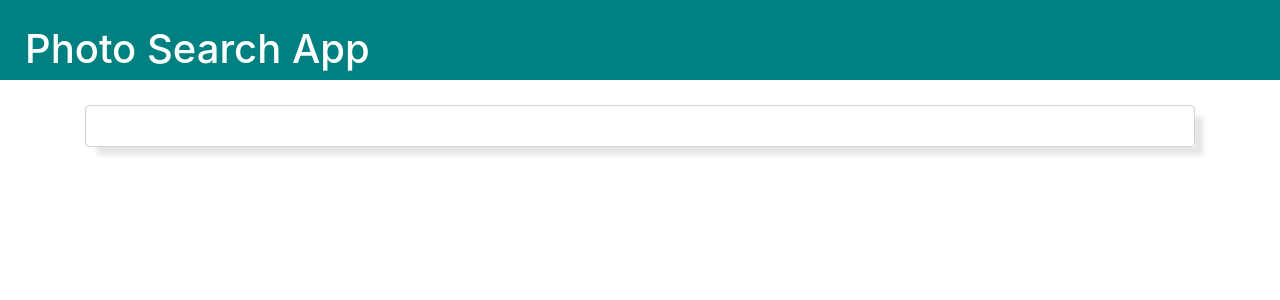
Repository: lamilekan263/photoapp
Page: /
An editor plug-in stored every save of this project. The page is shown before and after the next save, followed by the edit.
The browser window is 1280 px wide. The pictures show the whole page.
The project was rebuilt for these pictures with package versions that can differ from the ones it lists, and the page was loaded fresh each time. Also part of the build but not shown: src/components/ImageCard/ImageCard.scss, src/components/ImageCard/ImageCard.js, src/components/imageList/imageList.scss, src/components/imageList/imageList.js.

Above is the page before, as saved 2020-08-26 12:11:28.

### public/index.html
<!DOCTYPE html>
<html lang="en">
  <head>
    <meta charset="utf-8" />
    <link rel="icon" href="%PUBLIC_URL%/favicon.ico" />
    <meta name="viewport" content="width=device-width, initial-scale=1" />
    <meta name="theme-color" content="#000000" />
    <meta
      name="description"
      content="Web site created using create-react-app"
    />

    <title>photo App</title>
  </head>
  <body>
    <noscript>You need to enable JavaScript to run this app.</noscript>
    <div id="root"></div>
  </body>
</html>

### src/index.js
import React from 'react';
import  ReactDOM from 'react-dom';
import 'bootstrap/dist/css/bootstrap.min.css';
import App from './App'


ReactDOM.render(
    <App/>,
    document.getElementById('root')
);

### src/App.js
import React from 'react';
import axios from 'axios'

import Header from './components/Header/Header'
import ImageList from './components/imageList/imageList'
import SearchBar from './components/searchBar/searchBar'

class App extends React.Component{
    state = {
        myImages : []
    }

    submitHandler = async (term) =>{
        const response = await axios.get('https://api.unsplash.com/search/photos', {
            params:{
                query: term
            },
            headers:{
                Authorization: 'Client-ID _EmXfMw4Ntd6F7SPo61DuogZ6sF5nsEsRHfLanqGI0M'
            }
        })
        this.setState({myImages : response.data.results})
        console.log(this.state.myImages)
    }
    render(){
        return(
           <React.Fragment>
               <Header />
                <SearchBar onSubmit = {this.submitHandler}/>
                <ImageList images ={this.state.myImages} />
           </React.Fragment>
        )
    }
}



export default App

### src/components/Header/Header.js
import React from 'react';

// import { Link} from 'react-router-dom'
import './Header.scss'

const Header = () =>{
    return(
        <div>
            <nav>
                <div className="brand">
                    <h1>Photo Search App</h1>
                </div>
                {/* <div>
                    <p>About</p>
                </div> */}
            </nav>
        </div>
    )
}

export default Header

### src/components/searchBar/searchBar.js
import React from 'react'

import './searchBar.scss'

class SearchBar extends React.Component{
    state = {
        searchTerm : ''
    }

    onChangeHandler = (e) =>{
        this.setState({ searchTerm : e.target.value})
    }
    onSubmitHandler = (e)=>{
        e.preventDefault()
        this.props.onSubmit(this.state.searchTerm)
        this.setState({searchTerm : ''})
    }
    render(){
        return(
            <div className="container">
                <form onSubmit = {this.onSubmitHandler  }>
                    <div className="form-group">
                        <input type="text"
                        className="form-control"
                        onChange ={ this.onChangeHandler }
                        value = {this.state.searchTerm}
                        />
                    </div>
                </form>
            </div>
        )
    }

}

export default SearchBar

### src/components/Header/Header.scss
nav{
    width: 100%;
    height: 80px;
    background-color: teal;
    color:#fff;
    padding:25px;

    .brand{
        p{
            font-family: 'Lucida Sans', 'Lucida Sans Regular', 'Lucida Grande', 'Lucida Sans Unicode', Geneva, Verdana, sans-serif;
        }
    }
}

### src/components/searchBar/searchBar.scss
form{
    margin:25px 0;
    -webkit-box-shadow: 10px 10px 5px -2px rgba(230,230,230,1);
    -moz-box-shadow: 10px 10px 5px -2px rgba(230,230,230,1);
    box-shadow: 10px 10px 5px -2px rgba(230,230,230,1);
    .form-group{
        input{
            padding:20px;
            width: 100%;

        }
    }
}

After the next save:
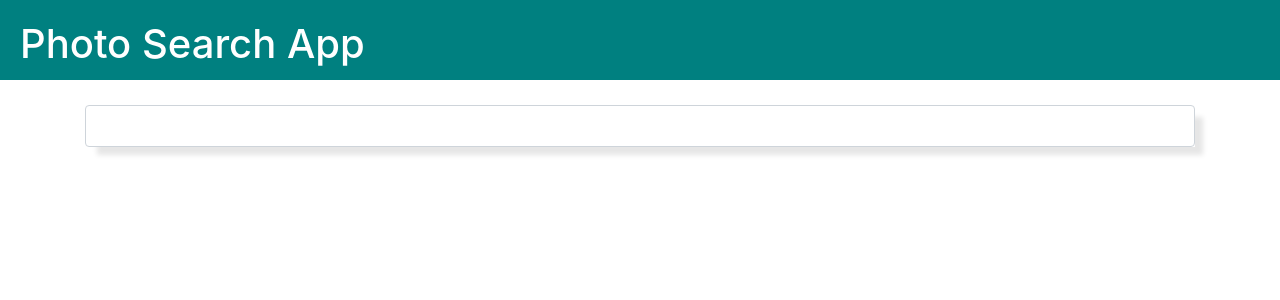
Saved 22 s later.
--- a/src/components/Header/Header.scss
+++ b/src/components/Header/Header.scss
@@ -3,7 +3,7 @@ nav{
     height: 80px;
     background-color: teal;
     color:#fff;
-    padding:25px;
+    padding:20px;
 
     .brand{
         p{
